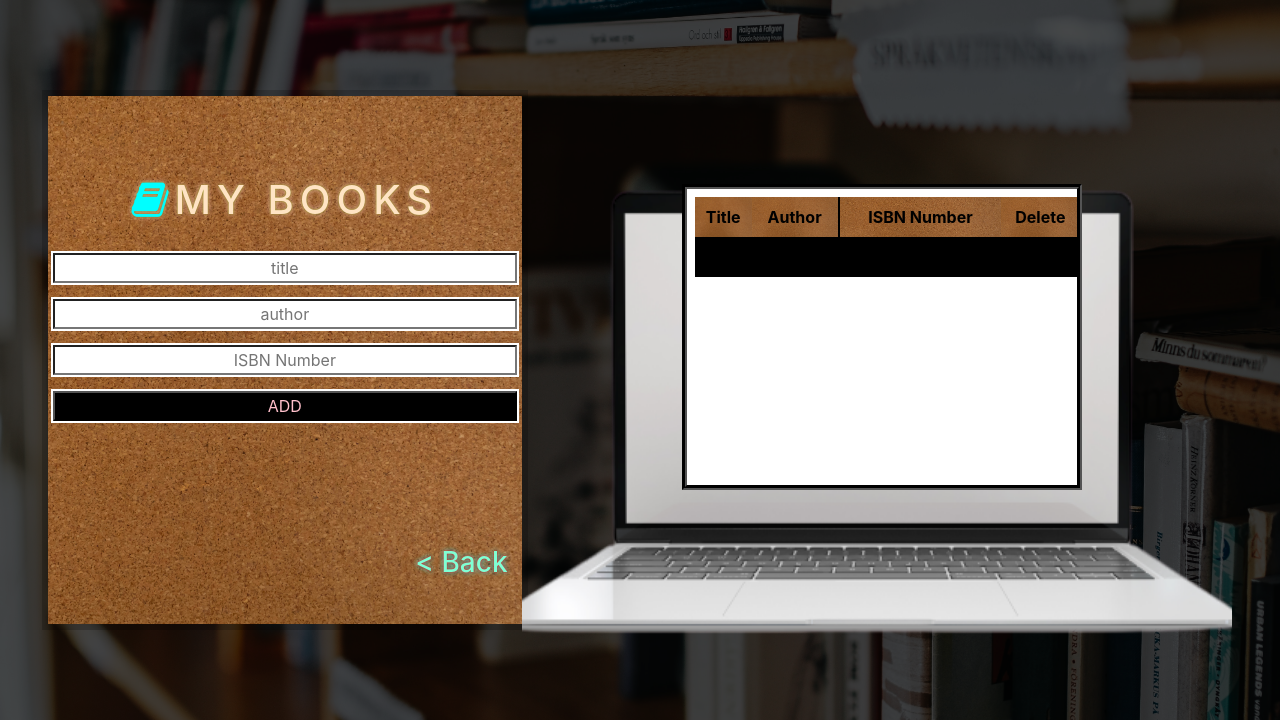
Repository: CSituma/Home-Library-App
Page: libu.html
An editor plug-in stored every save of this project. The page is shown before and after the next save, followed by the edit.
The browser window is 1280 px wide. The pictures show the whole page.
Some web libraries are served in a nearby version.

Above is the page before, as saved 2020-11-10 10:08:04.

After the next save:
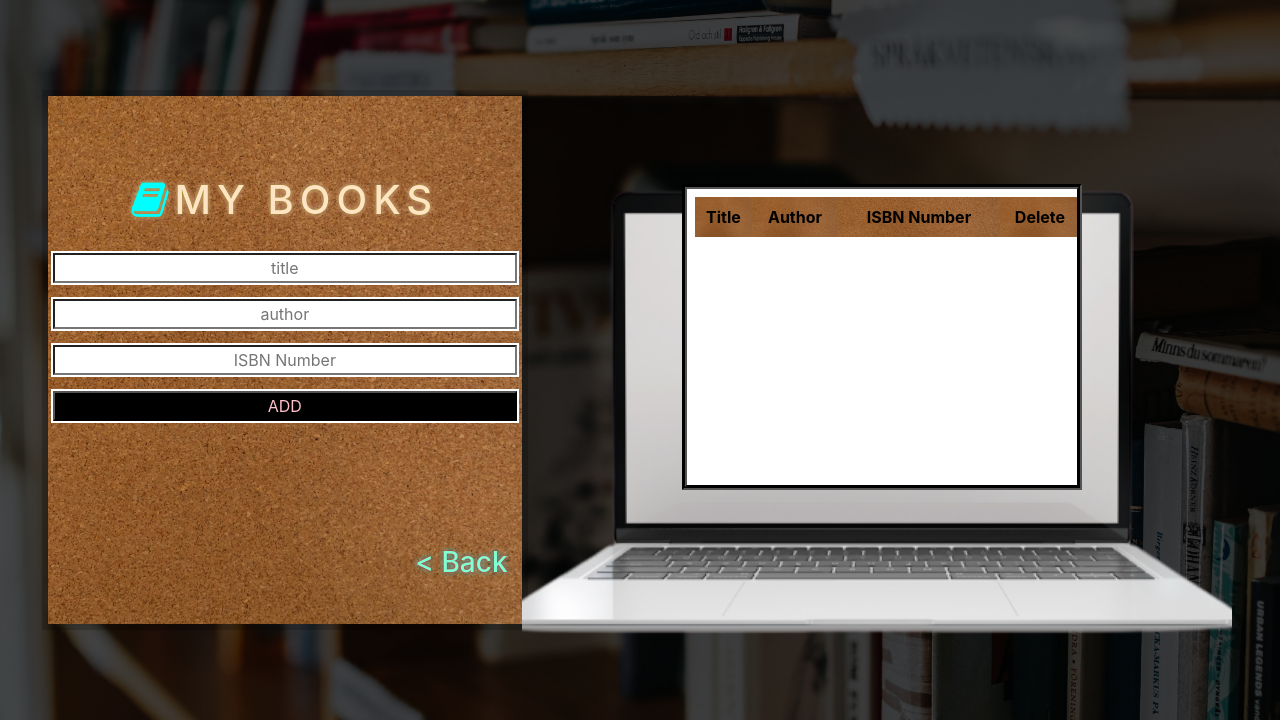
Saved 17 s later.
--- a/libu.html
+++ b/libu.html
@@ -35,10 +35,6 @@
                 </tr>
                 </thead>
                 <tbody class="Booklist" id="booklist">
-                      <tr>
-
-
-                      </tr>
                 </tbody>
             </table>
             </div>
